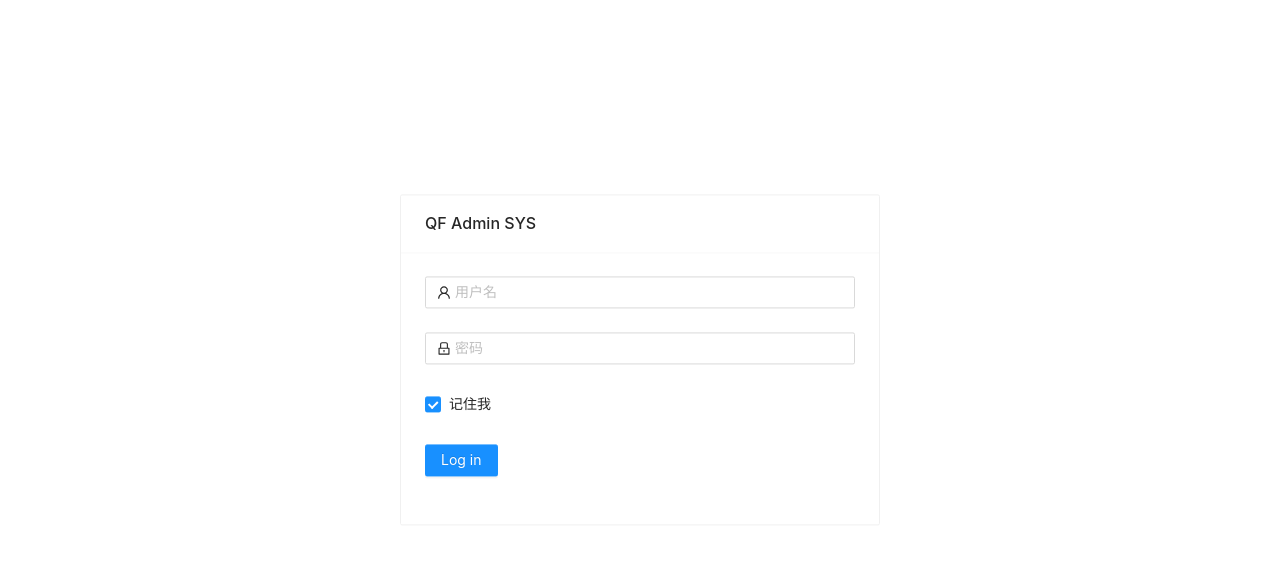
Repository: 13982720426/demo01
Page: /#/login
An editor plug-in stored every save of this project. The page is shown before and after the next save, followed by the edit.
The browser window is 1280 px wide. The pictures show the whole page.
The project was rebuilt for these pictures with package versions that can differ from the ones it lists, and the page was loaded fresh each time. Also part of the build but not shown: src/pages/admin/dashboard/Index.js, src/pages/admin/products/List.js, src/pages/admin/products/Edit.js, src/pages/PageNotFound.js, src/components/Frame/Index.js, src/App.js.

Above is the page before, as saved 2021-04-04 21:34:01.

### src/index.js
import React from 'react'
import ReactDOM from 'react-dom'
import './index.css'
import App from './App'
import 'antd/dist/antd.css'
import { HashRouter as Router, Switch, Route, Redirect } from 'react-router-dom'
import { mainRoutes } from './routes'

ReactDOM.render(
  <Router>
    <Switch>
      <Route path="/admin" render={(routeProps) => <App {...routeProps} />} />
      {mainRoutes.map((route) => {
        return <Route key={route.path} {...route} />
      })}
      <Redirect to="/admin" from="/" />

      <Redirect to="/404" />
    </Switch>
  </Router>,
  document.getElementById('root')
)

### src/routes/index.js
import Login from '../pages/Login'
import Index from '../pages/admin/dashboard/Index'
import List from '../pages/admin/products/List'
import Edit from '../pages/admin/products/Edit'
import PageNotFound from '../pages/PageNotFound'

export const mainRoutes = [
  {
    path: '/login',
    component: Login,
  },
  {
    path: '/404',
    component: PageNotFound,
  },
]

export const adminRoutes = [
  {
    path: '/admin/dashboard',
    component: Index,
    isShow: true,
    title: '看板',
  },
  {
    path: '/admin/products',
    component: List,
    isShow: true,
    exact: true,
    title: '商品管理',
  },
  {
    path: '/admin/products/edit/:id?',
    component: Edit,
    isShow: false,
  },
]

### src/App.css
html,body,#root,
.ant-layout{
    width: 100%;
    height: 100%;
}

### src/pages/Login.js
import React from 'react'
import { Form, Input, Button, Checkbox, Card } from 'antd'
import { UserOutlined, LockOutlined } from '@ant-design/icons'
import './Login.css'

function Login(props) {
  const onFinish = (values) => {
    console.log('Received values of form: ', values)
  }
  return (
    <Card title="QF Admin SYS" className="login-form">
      <Form
        name="normal_login"
        initialValues={{
          remember: true,
        }}
        onFinish={onFinish}
      >
        <Form.Item
          name="username"
          rules={[
            {
              required: true,
              message: '请输入用户名!',
            },
          ]}
        >
          <Input
            prefix={<UserOutlined className="site-form-item-icon" />}
            placeholder="用户名"
          />
        </Form.Item>
        <Form.Item
          name="password"
          rules={[
            {
              required: true,
              message: '请输入密码!',
            },
          ]}
        >
          <Input
            prefix={<LockOutlined className="site-form-item-icon" />}
            type="password"
            placeholder="密码"
          />
        </Form.Item>
        <Form.Item>
          <Form.Item name="remember" valuePropName="checked" noStyle>
            <Checkbox>记住我</Checkbox>
          </Form.Item>
        </Form.Item>

        <Form.Item>
          <Button
            type="primary"
            htmlType="submit"
            className="login-form-button"
          >
            Log in
          </Button>
        </Form.Item>
      </Form>
    </Card>
  )
}

export default Login

### src/pages/Login.css
.login-form{
    width: 480px;
    position: relative;
    left: 50%;
    top: 50%;
    transform: translate3d(-50%,-50%,0);
}

Loaded but not shown: public/index.html (common file); src/index.css (common file)

After the next save:
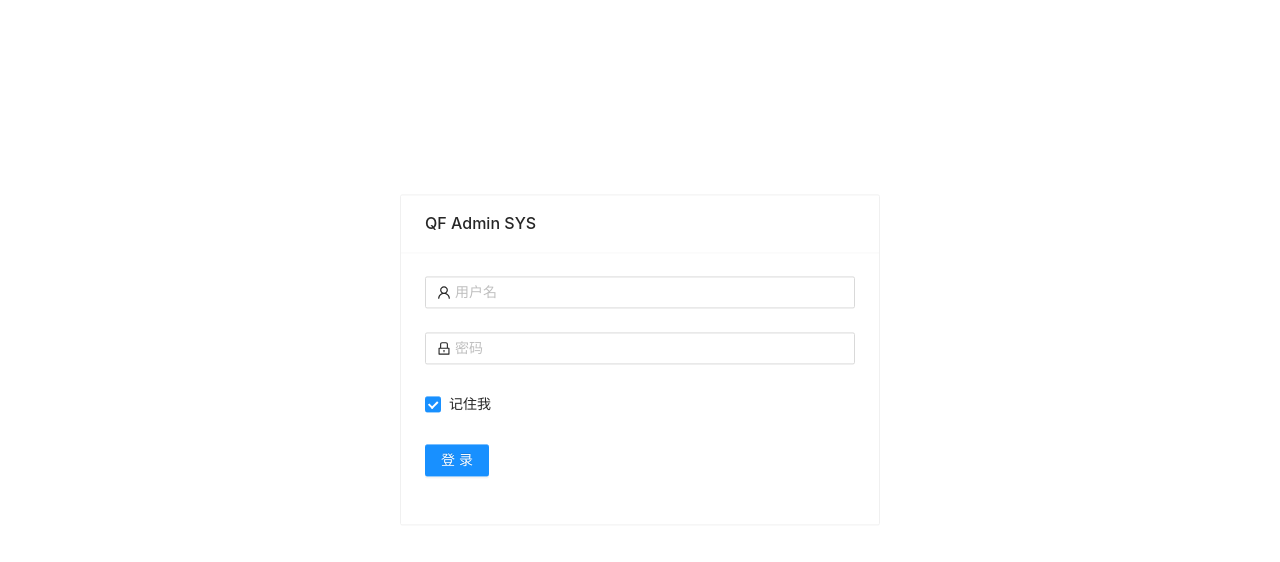
Saved 4 s later.
--- a/src/pages/Login.js
+++ b/src/pages/Login.js
@@ -57,7 +57,7 @@ function Login(props) {
             htmlType="submit"
             className="login-form-button"
           >
-            Log in
+            登录
           </Button>
         </Form.Item>
       </Form>
